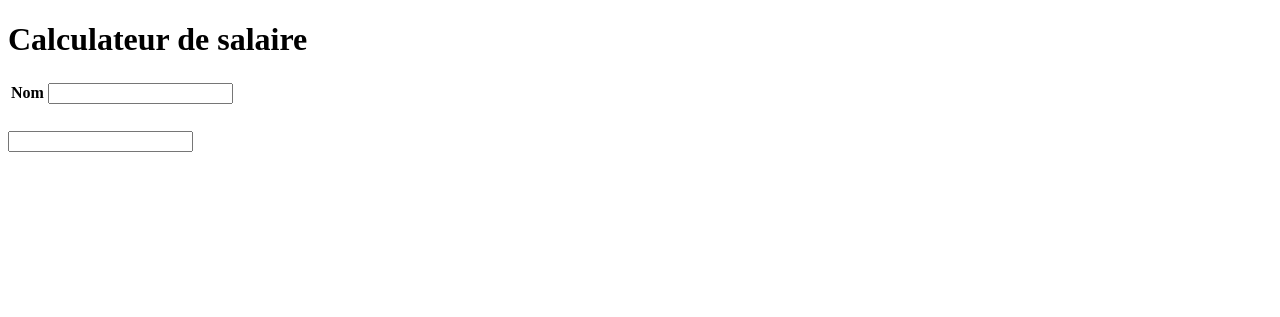
Repository: AgatheLM/formation_js
Page: insee-travaux-js/insee-client-js/tp2.html
These files come from the project's save history. The page is drawn as it stood at one moment and after the next save; the edit follows.
The browser window is 1280 px wide. The pictures show the whole page.

Above is the page before, as saved 2018-01-25 09:50:08.

After the next save:
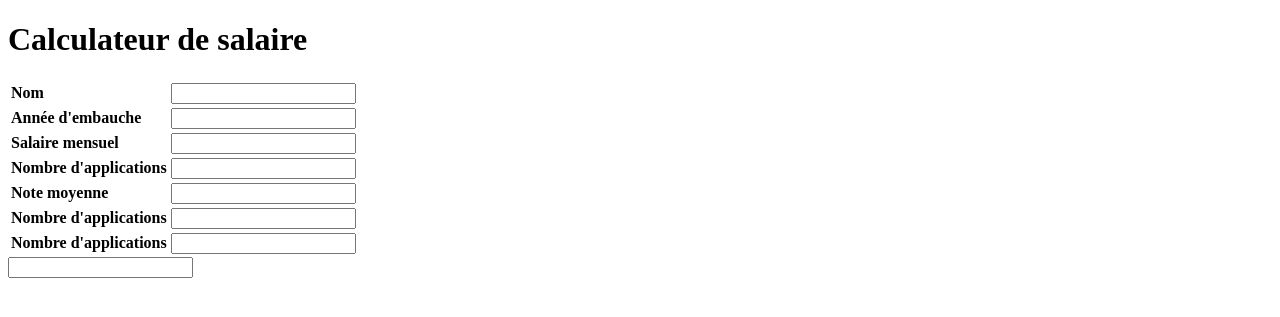
Saved 103 s later.
--- a/insee-travaux-js/insee-client-js/tp2.html
+++ b/insee-travaux-js/insee-client-js/tp2.html
@@ -16,28 +16,28 @@
 			<td> <input type="text" id="nom" name="nom" value=""> </td>
 		</tr>
 		<tr>
-			<td> </td>
-			<td> </td>
+			<td> <label for="anEmbauche"> <strong> Année d'embauche </strong> </label></td>
+			<td> <input type="text" id="anEmbauche" name="anEmbauche" value=""> </td>
 		</tr>
 		<tr>
-			<td> </td>
-			<td> </td>
+			<td> <label for="salaireM"> <strong> Salaire mensuel </strong> </label></td>
+			<td> <input type="text" id="salaireM" name="salaireM" value=""> </td>
 		</tr>
 		<tr>
-			<td> </td>
-			<td> </td>
+			<td> <label for="nbAppli"> <strong> Nombre d'applications </strong> </label></td>
+			<td> <input type="text" id="nbAppli" name="nbAppli" value=""> </td>
 		</tr>
 		<tr>
-			<td> </td>
-			<td> </td>
+			<td> <label for="note"> <strong> Note moyenne </strong> </label></td>
+			<td> <input type="text" id="note" name="note" value=""> </td>
 		</tr>
 		<tr>
-			<td> </td>
-			<td> </td>
+			<td> <label for="nbAppli"> <strong> Nombre d'applications </strong> </label></td>
+			<td> <input type="text" id="nbAppli" name="nbAppli" value=""> </td>
 		</tr>
 		<tr>
-			<td> </td>
-			<td> </td>
+			<td> <label for="nbAppli"> <strong> Nombre d'applications </strong> </label></td>
+			<td> <input type="text" id="nbAppli" name="nbAppli" value=""> </td>
 		</tr>
 	</tbody>
 </table>
